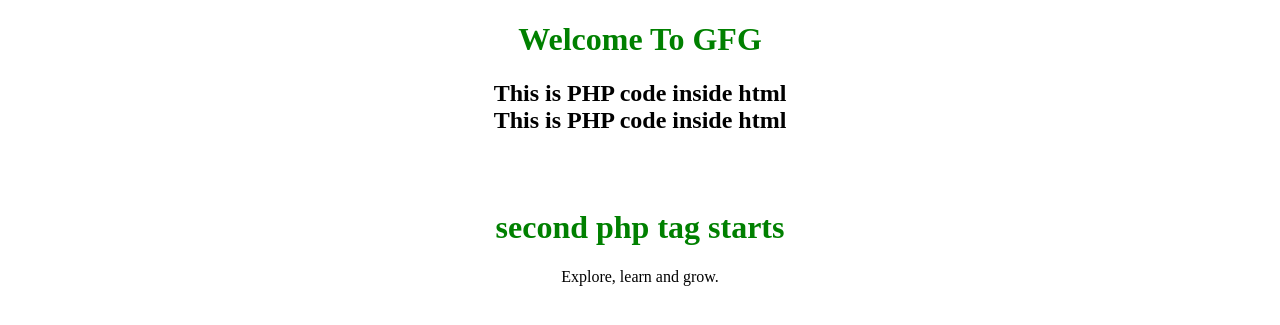
Repository: joyelmk/phpprojectgh
Page: http://localhost/example1.php
These files come from the project's save history. The page is drawn as it stood at one moment and after a run of saves; the edit follows.
The browser window is 1280 px wide. The pictures show the whole page.
The page is run by PHP 8.4 with error messages shown; the project is at /var/www/html/.

Above is the page before, as saved 2022-12-14 11:10:49.

After the next 2 saves:
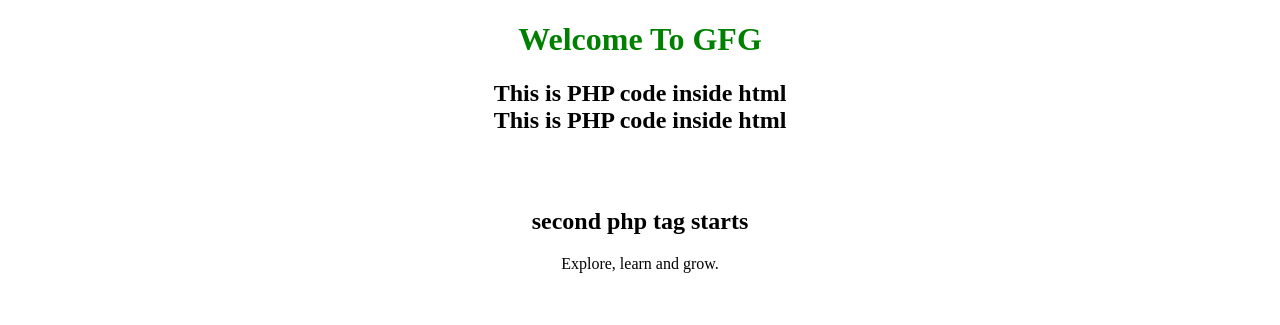
The 2 saves are shown as one change because they came seconds apart.
The last was saved 2 min 18 s later.
--- a/example1.php
+++ b/example1.php
@@ -20,7 +20,7 @@
             echo "This is PHP code inside html<br>";
         ?>
         <br><br>
-<h1>second php tag starts</h1>
+<h2>second php tag starts</h1>
 
 
         <?php

After the 2 saves that followed:
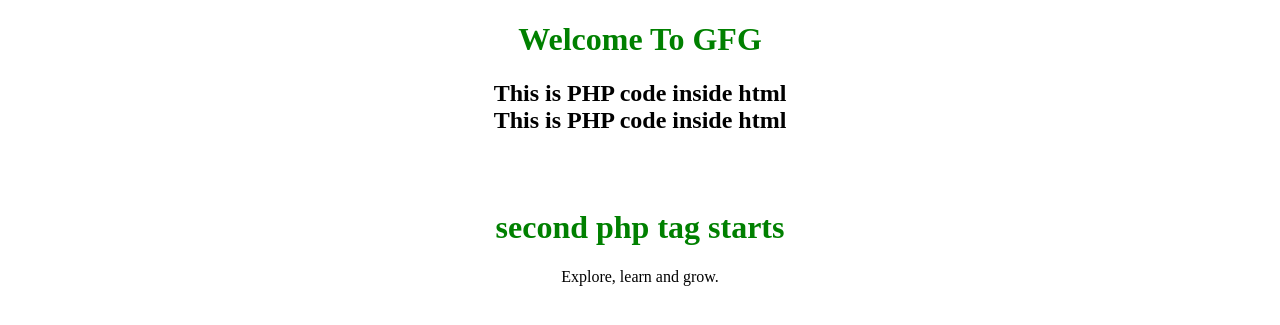
The 2 saves are shown as one change because 1 left the picture as it was.
The last was saved 25 s later.
--- a/example1.php
+++ b/example1.php
@@ -20,7 +20,7 @@
             echo "This is PHP code inside html<br>";
         ?>
         <br><br>
-<h2>second php tag starts</h1>
+<h1>second php tag starts</h1>
 
 
         <?php
